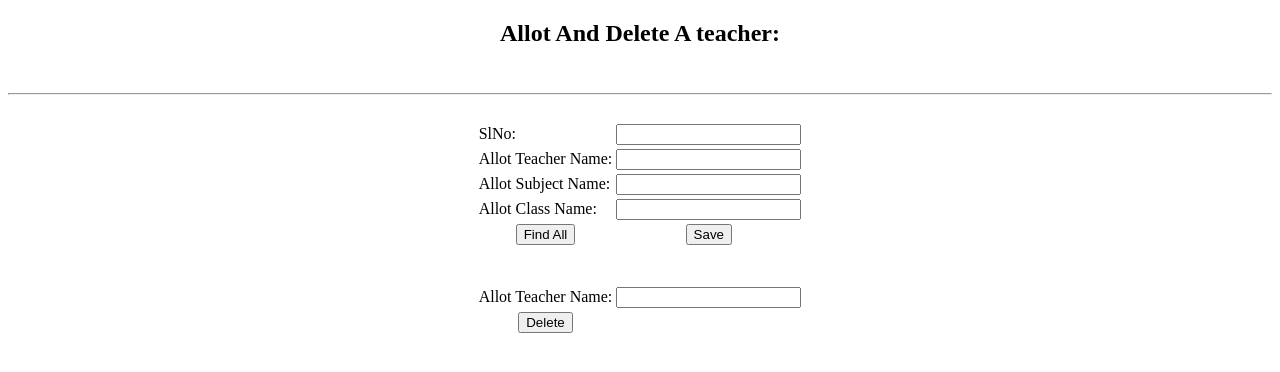
Repository: mdzeyan/JavaFSD-phase2-project
Page: Learners_Academy/src/main/webapp/AllotTeacher.html
An editor plug-in stored every save of this project. The page is shown before and after the next save, followed by the edit.
The browser window is 1280 px wide. The pictures show the whole page.

Above is the page before, as saved 2022-04-01 06:45:56.

### Learners_Academy/src/main/webapp/AllotTeacher.html
<!DOCTYPE html>
<html>
<head>
<meta charset="ISO-8859-1">
<title>Insert title here</title>
</head>
<body>

<form action="ClassBusinessesServlet" method="get">
	<h2 align="center">Allot And Delete A teacher:</h2>
	<br>
	<hr>
	<br>
	<table align="center">


		<tr>
			<td>SlNo:</td>
			<td><input type="text" name="slNo"></td>
		</tr>
		<tr>
			<td>Allot Teacher Name:</td>
			<td><input type="text" name="allocatedTeacher"></td>
		</tr>
		<tr>
			<td>Allot Subject Name:</td>
			<td><input type="text" name="allocatedSubject"></td>
		</tr>
		<tr>
			<td>Allot Class Name:</td>
			<td><input type="text" name="allocatedClass"></td>
		</tr>

		<tr>
			<td align="center"><input type="submit" value="Find All" name="button"></td>
			<td align="center"><input type="submit" value="Save" name="button"></td>
		</tr>

	</table>
	<br><br>
	<table align="center">
		<tr>
			<td>Allot Teacher Name:</td>
			<td><input type="text" name="allocatedTeacher"></td>
		</tr>
		<tr>
			<td align="center"><input type="submit" value="Delete" name="button"></td>
		</tr>
	</table>
	</form>

</body>
</html>

After the next save:
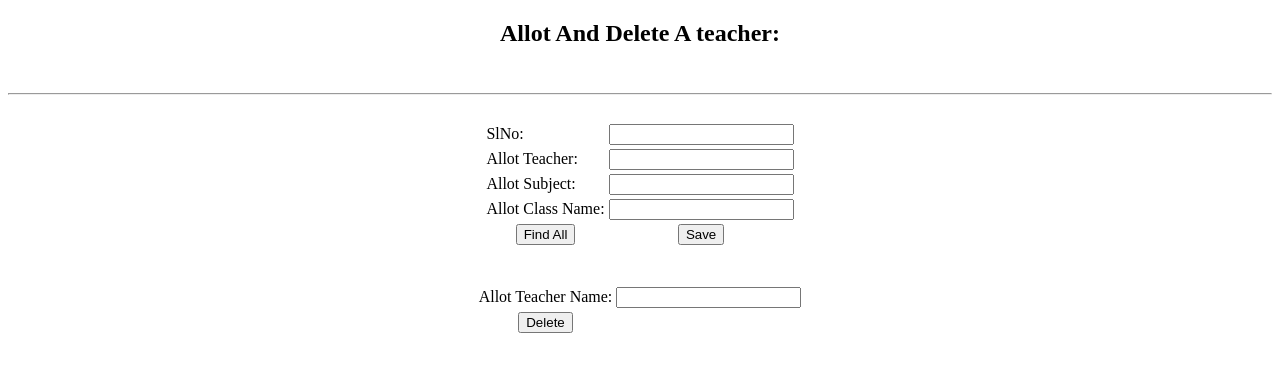
Saved 27 s later.
--- a/Learners_Academy/src/main/webapp/AllotTeacher.html
+++ b/Learners_Academy/src/main/webapp/AllotTeacher.html
@@ -19,11 +19,11 @@
 			<td><input type="text" name="slNo"></td>
 		</tr>
 		<tr>
-			<td>Allot Teacher Name:</td>
+			<td>Allot Teacher:</td>
 			<td><input type="text" name="allocatedTeacher"></td>
 		</tr>
 		<tr>
-			<td>Allot Subject Name:</td>
+			<td>Allot Subject:</td>
 			<td><input type="text" name="allocatedSubject"></td>
 		</tr>
 		<tr>
